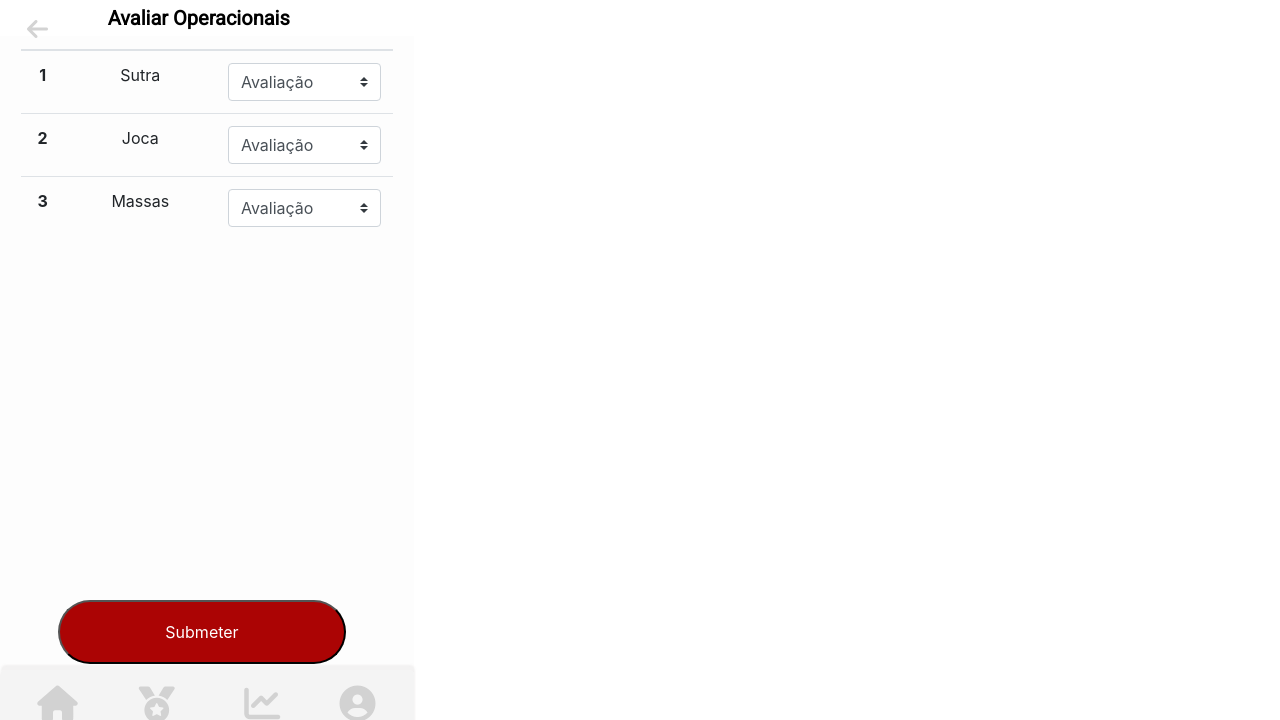
Repository: grupodetrabalhoeficiente/D213
Page: D213/Frontend/AvaliarOperacionais.html
The author's editor kept a record of every edit. The page is drawn from the files as they stood at one moment, then again after the next edit.
The browser window is 1280 px wide. The pictures show the whole page.
Some web libraries are served in a nearby version.

Above is the page before.

After the next edit:
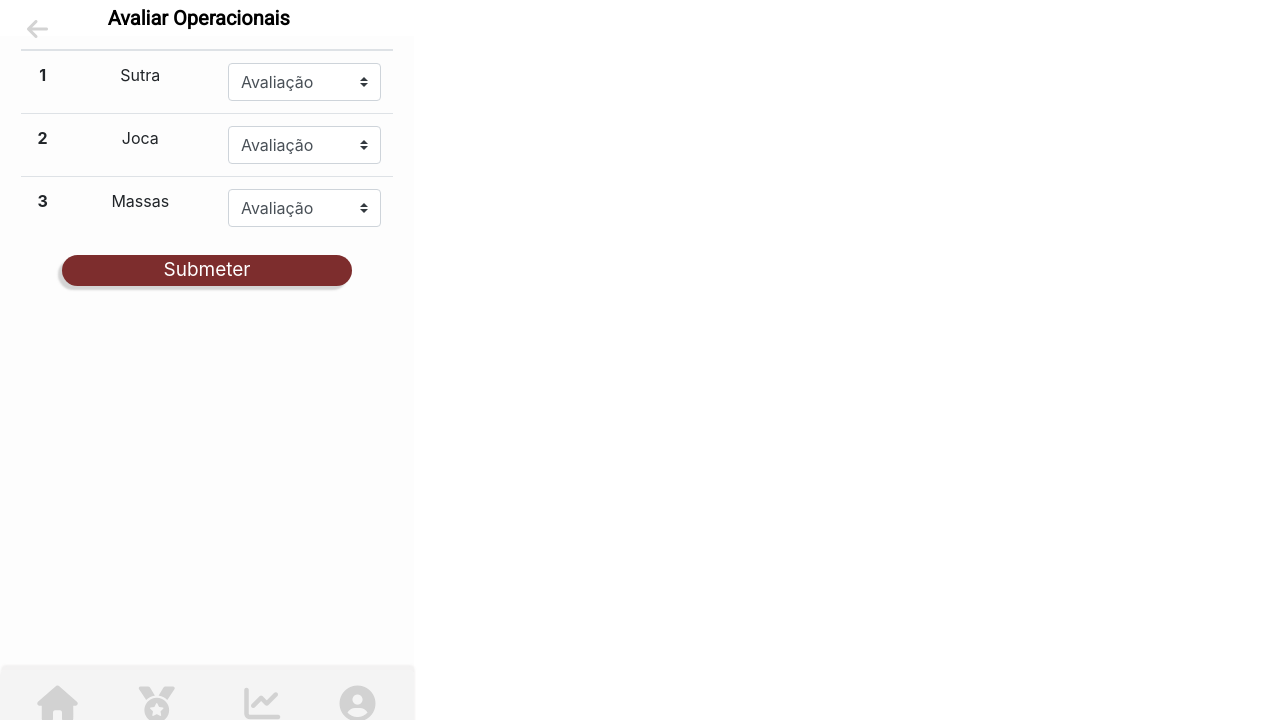
The edit:
--- a/D213/Frontend/AvaliarOperacionais.css
+++ b/D213/Frontend/AvaliarOperacionais.css
@@ -45,19 +45,20 @@
 }
 /* botao confirmar*/
 .SubmeterClass{
-    height:100%;
-    width:100%;
-    max-width:288px;
-    max-height:64px;
-    border-top-left-radius: 100px;
-    border-top-right-radius: 100px;
-    border-bottom-left-radius: 100px;
-    border-bottom-right-radius: 100px;
-    position:absolute;
-    top:600px;
-    left:58px;
-    background-color:#AB0404;
-    color:white;
+    height: 7%;
+    width: 70%;
+    border-top-left-radius: 32px;
+    border-top-right-radius: 32px;
+    border-bottom-left-radius: 32px;
+    border-bottom-right-radius: 32px;
+    position: relative;
+    background-color: #7d2d2d;
+    color: white;
+    font-size: 19px;
+    border: none;
+    top: 70%;
+    box-shadow: -4px 4px 2px rgb(171 171 171 / 50%);
+    left: 15%;
 }
 
 .menubar {
